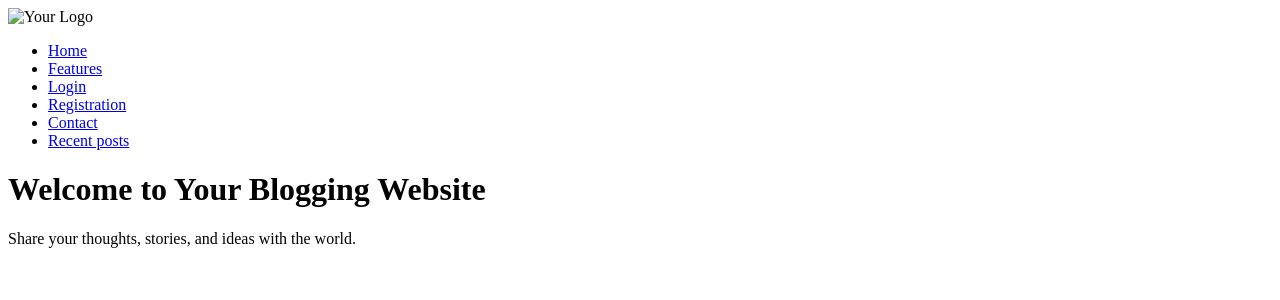
Repository: AlthafBasha-syed/JFSD-PROJECT
Page: http://localhost/GradeBook/
An editor plug-in stored every save of this project. The page is shown before and after the next save, followed by the edit.
The browser window is 1280 px wide. The pictures show the whole page.
The page is served by Tomcat 10. Other server files are loaded and not shown.

Above is the page before, as saved 2023-10-11 05:48:04.
Not found: PROJECTWORKSPACE/GradeBook/GradeBook/logo.png
Not found: PROJECTWORKSPACE/GradeBook/GradeBook/style.css

### PROJECTWORKSPACE/GradeBook/src/main/webapp/index.jsp
<!DOCTYPE html>
<html>
<head>
    <title>Blogging</title>
    <link rel="stylesheet" href="style.css">
    <link rel="icon" href="weblogo.png" type="image/x-icon">
</head>
<body>
    <div class="banner">
        <img src="logo.png" alt="Your Logo" class="logo">
        <ul class="navbar">
            <li><a href="index" class="nav-link" data-target="home">Home</a></li>
            <li><a href="features" class="nav-link" data-target="features">Features</a></li>

            <li><a href="login" class="nav-link" data-target="login">Login</a></li>
            <li><a href="register" class="nav-link" data-target="registration">Registration</a></li>
            <li><a href="contactus" class="nav-link" data-target="Contact">Contact</a></li>
            <li><a href="recentposts" class="nav-link" data-target="Recent posts">Recent posts</a></li>
        </ul>
        <div class="content">
            <h1>Welcome to Your Blogging Website</h1>
            <p>Share your thoughts, stories, and ideas with the world.</p>
        </div>

        <p id="registration-message" style="display: none; color: green;">Registration successful!</p>
    </div>

    <%
        // JSP code for server-side processing
        if (request.getMethod().equals("POST")) {
            String fullName = request.getParameter("fullname");
            String email = request.getParameter("email");
            String username = request.getParameter("username");
            String password = request.getParameter("password");

            // Check if the email contains the "@" symbol
            if (!email.contains("@")) {
    %>
                <script>
                    alert("Invalid email format");
                </script>
    <%
            } else {
                // Perform your registration logic here

    %>
                <script>
                    // Display the registration message
                    document.getElementById("registration-message").style.display = "block";

                    // Hide the registration form after successful registration
                    document.getElementById("registration-form").style.display = "none";
                </script>
    <%
            }
        }
    %>

</body>
</html>

After the next save:
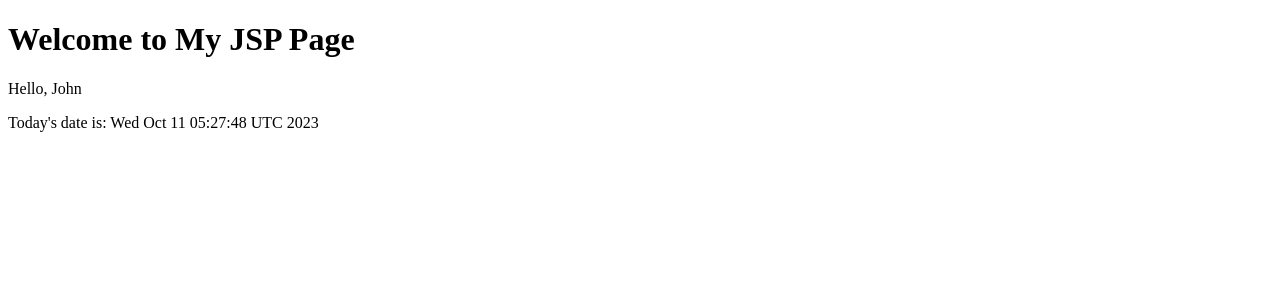
Saved 3 min 8 s later.
--- a/PROJECTWORKSPACE/GradeBook/src/main/webapp/index.jsp
+++ b/PROJECTWORKSPACE/GradeBook/src/main/webapp/index.jsp
@@ -1,60 +1,19 @@
+<%@ page language="java" contentType="text/html; charset=UTF-8" pageEncoding="UTF-8" %>
 <!DOCTYPE html>
 <html>
 <head>
-    <title>Blogging</title>
-    <link rel="stylesheet" href="style.css">
-    <link rel="icon" href="weblogo.png" type="image/x-icon">
+    <meta charset="UTF-8">
+    <title>Sample JSP Page</title>
 </head>
 <body>
-    <div class="banner">
-        <img src="logo.png" alt="Your Logo" class="logo">
-        <ul class="navbar">
-            <li><a href="index" class="nav-link" data-target="home">Home</a></li>
-            <li><a href="features" class="nav-link" data-target="features">Features</a></li>
-
-            <li><a href="login" class="nav-link" data-target="login">Login</a></li>
-            <li><a href="register" class="nav-link" data-target="registration">Registration</a></li>
-            <li><a href="contactus" class="nav-link" data-target="Contact">Contact</a></li>
-            <li><a href="recentposts" class="nav-link" data-target="Recent posts">Recent posts</a></li>
-        </ul>
-        <div class="content">
-            <h1>Welcome to Your Blogging Website</h1>
-            <p>Share your thoughts, stories, and ideas with the world.</p>
-        </div>
-
-        <p id="registration-message" style="display: none; color: green;">Registration successful!</p>
-    </div>
+    <h1>Welcome to My JSP Page</h1>
 
     <%
-        // JSP code for server-side processing
-        if (request.getMethod().equals("POST")) {
-            String fullName = request.getParameter("fullname");
-            String email = request.getParameter("email");
-            String username = request.getParameter("username");
-            String password = request.getParameter("password");
-
-            // Check if the email contains the "@" symbol
-            if (!email.contains("@")) {
-    %>
-                <script>
-                    alert("Invalid email format");
-                </script>
-    <%
-            } else {
-                // Perform your registration logic here
-
-    %>
-                <script>
-                    // Display the registration message
-                    document.getElementById("registration-message").style.display = "block";
-
-                    // Hide the registration form after successful registration
-                    document.getElementById("registration-form").style.display = "none";
-                </script>
-    <%
-            }
-        }
+        // Java code embedded in JSP
+        String name = "John";
+        out.println("Hello, " + name);
     %>
 
+    <p>Today's date is: <%= new java.util.Date() %></p>
 </body>
 </html>
